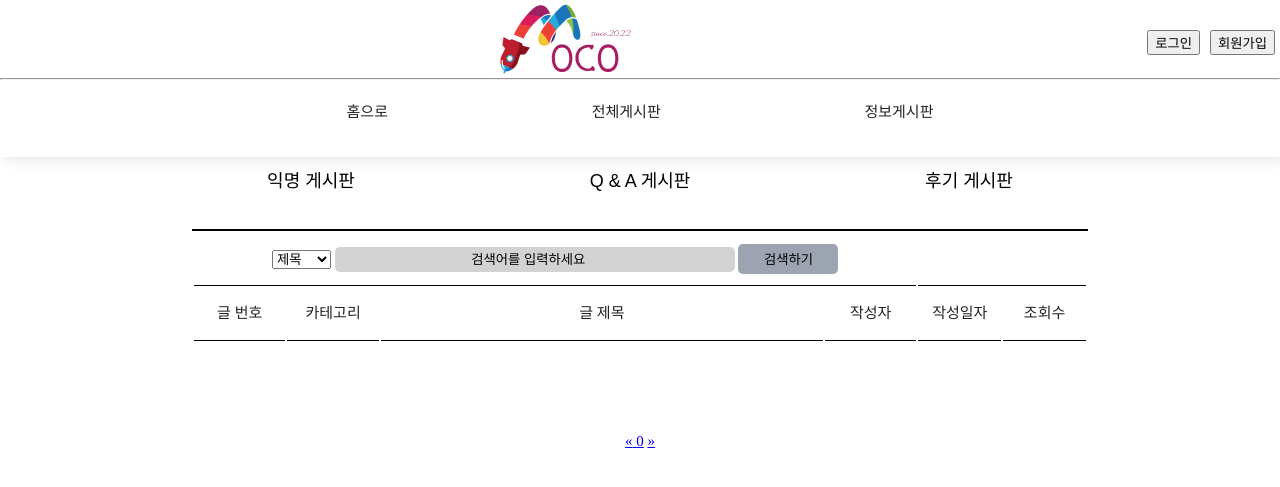
Repository: Pmyjava/mocosemi
Page: http://localhost/moco_SemiProject/WEB-INF/views/board/boardListQNA.jsp
The author's editor kept a copy of each file at every save. The page is drawn from the files as they stood at one save, then again after the next save.
The browser window is 1280 px wide. The pictures show the whole page.
The page is served by Tomcat 9. Nobody is signed in. The template is opened directly, without the code that normally fills it, so the values that code supplies are empty.

Above is the page before, as saved 2022-11-23 02:14:18.
Console error: SyntaxError: Unexpected token ';'

After the next save:
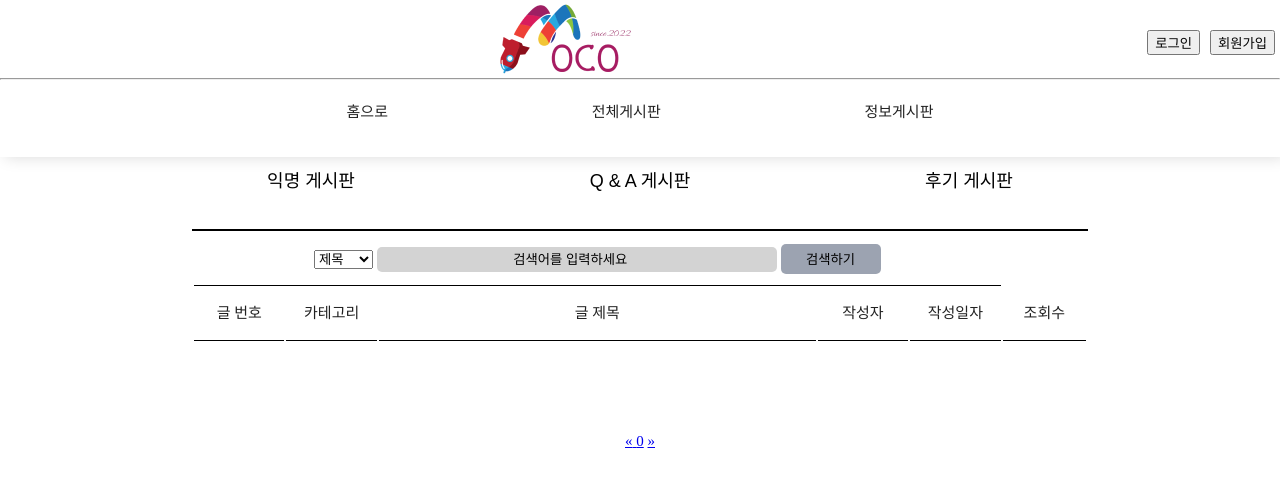
Saved 42 s later.
--- a/Semi_project2/moco_SemiProject/src/main/webapp/WEB-INF/views/board/boardListQNA.jsp
+++ b/Semi_project2/moco_SemiProject/src/main/webapp/WEB-INF/views/board/boardListQNA.jsp
@@ -128,7 +128,7 @@
         <br>
         <table class="table" id="BoardListT">
             <tr style="height: 50px;">
-                <td colspan="4">
+                <td colspan="5">
                 	<select>
                 		<option value="title">제목</option>
                 		<option value="contect">내용</option>
@@ -137,7 +137,6 @@
                     <input type="search" id="searchText" name="searchName" placeholder="검색어를 입력하세요">
                     <button type="button" id="searchBtn">검색하기</button>
                 </td>
-                <td colspan='2'></td>
             </tr>
             <tr>
                 <td>글 번호</td>
